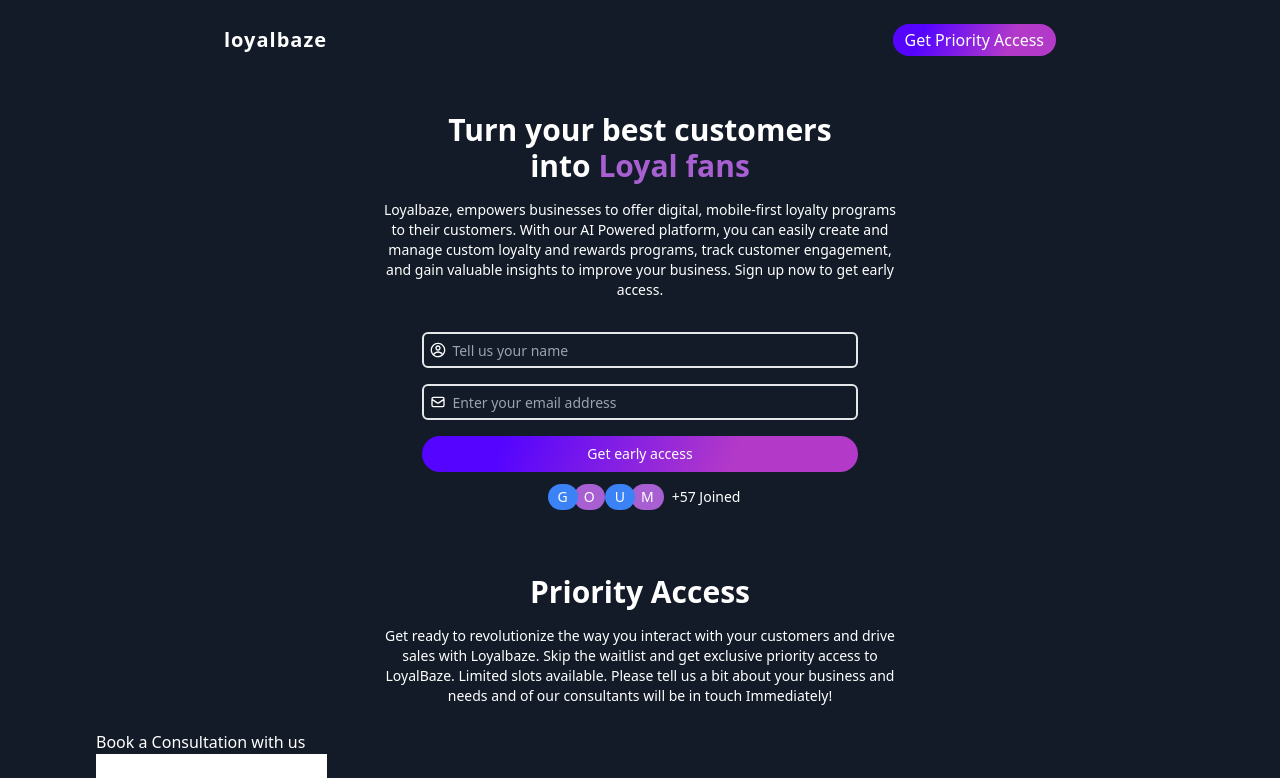
Repository: Jerified/loyalbaze
Page: /
These files come from the project's save history. The page is drawn as it stood at one moment and after a run of saves; the edit follows.
The browser window is 1280 px wide. The pictures show the whole page.
The project was rebuilt for these pictures with package versions that can differ from the ones it lists, and the page was loaded fresh each time. The framework's server and built-in components were replaced by stand-ins that run in the browser. Also part of the build but not shown: next.config.js.

Above is the page before, as saved 2023-02-11 07:24:10.

After the next 4 saves:
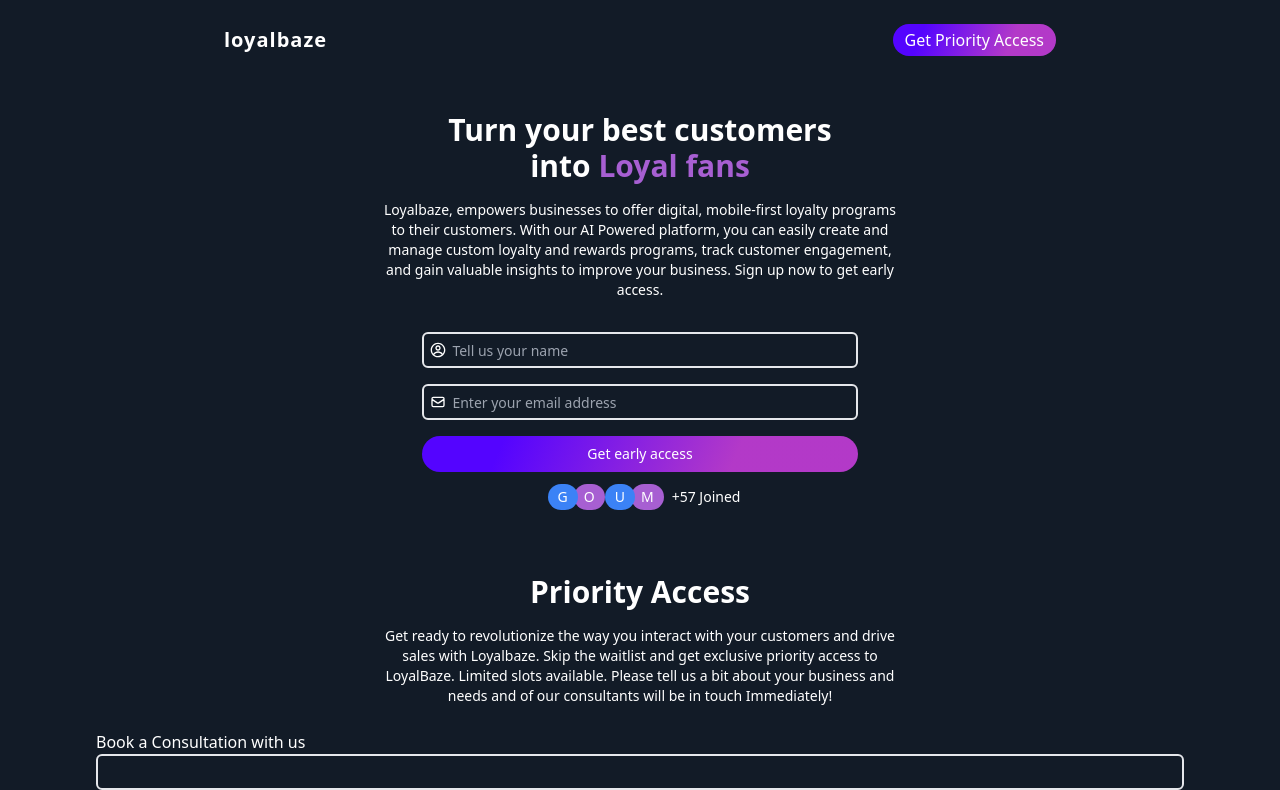
The 4 saves are shown as one change because they came seconds apart.
The last was saved 65 s later.
--- a/src/components/Form.tsx
+++ b/src/components/Form.tsx
@@ -15,8 +15,11 @@ const Form = () => {
           </p>
         </div>
         <form action="" className="pt-6">
-            <p className="">Book a Consultation with us</p>
-            <input type="text" className="" />
+          <p className="">Book a Consultation with us</p>
+          <input
+            type="text"
+            className="bg-inherit border-2 w-full rounded-md py-1 px-2 pl-7 placeholder:text-[14px] placeholder:"
+          />
         </form>
       </main>
     </>
